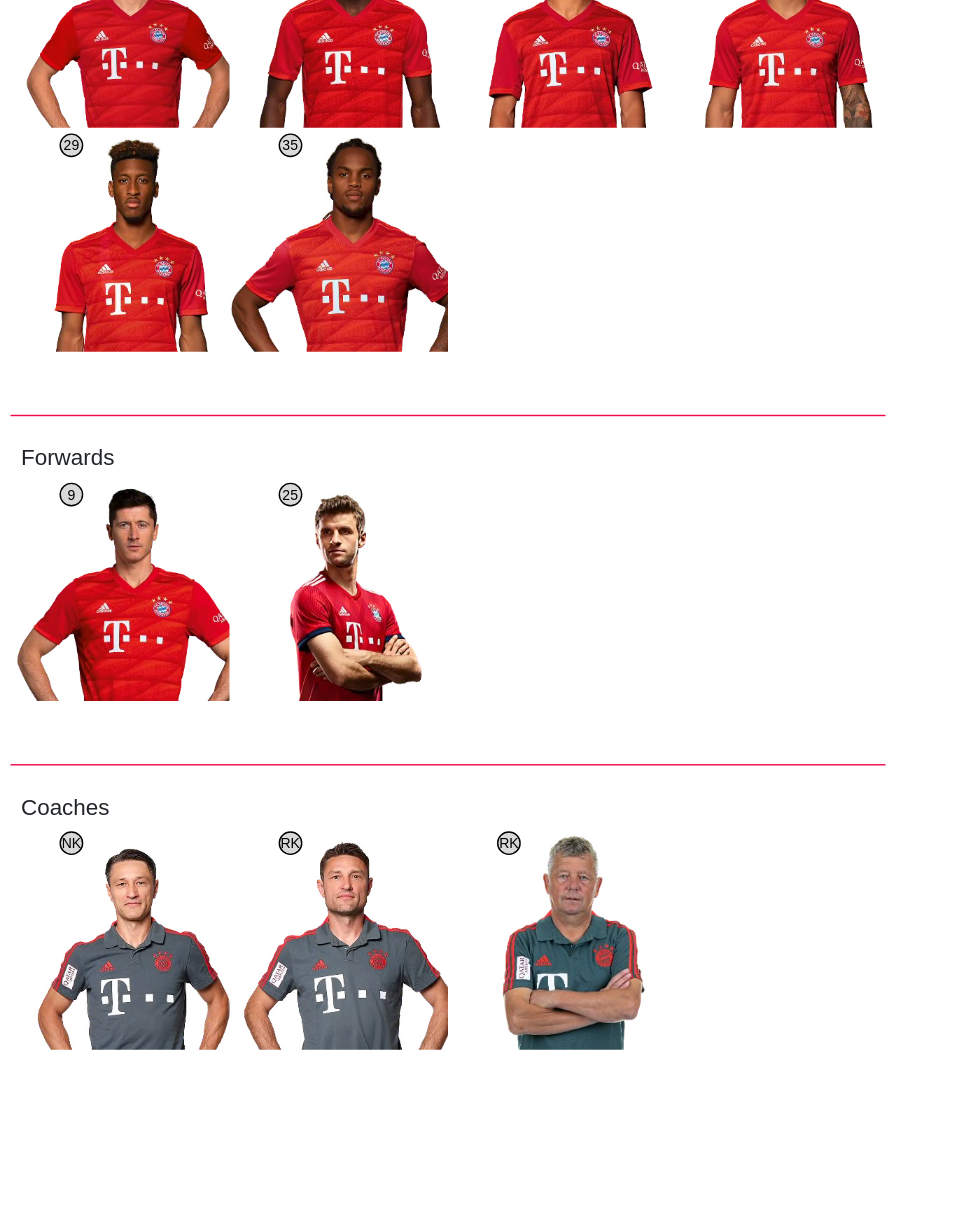
Repository: Code-Institute-Submissions/alnibo-milestone-project-1
Page: team.html
The author's editor kept a record of every edit. The page is drawn from the files as they stood at one moment, then again after the next edit.
The browser window is 1280 px wide. The page is 1366 px wide, so the pictures cover 1366 px, including what lies to the right of the window. The pictures show the part of the page from y = 2701 to 4461 px (the page is 4461 px tall), at 70% of full size.
Some web fonts or font styles are not loaded; a fallback is used.

Above is the page before.

After the next edit:
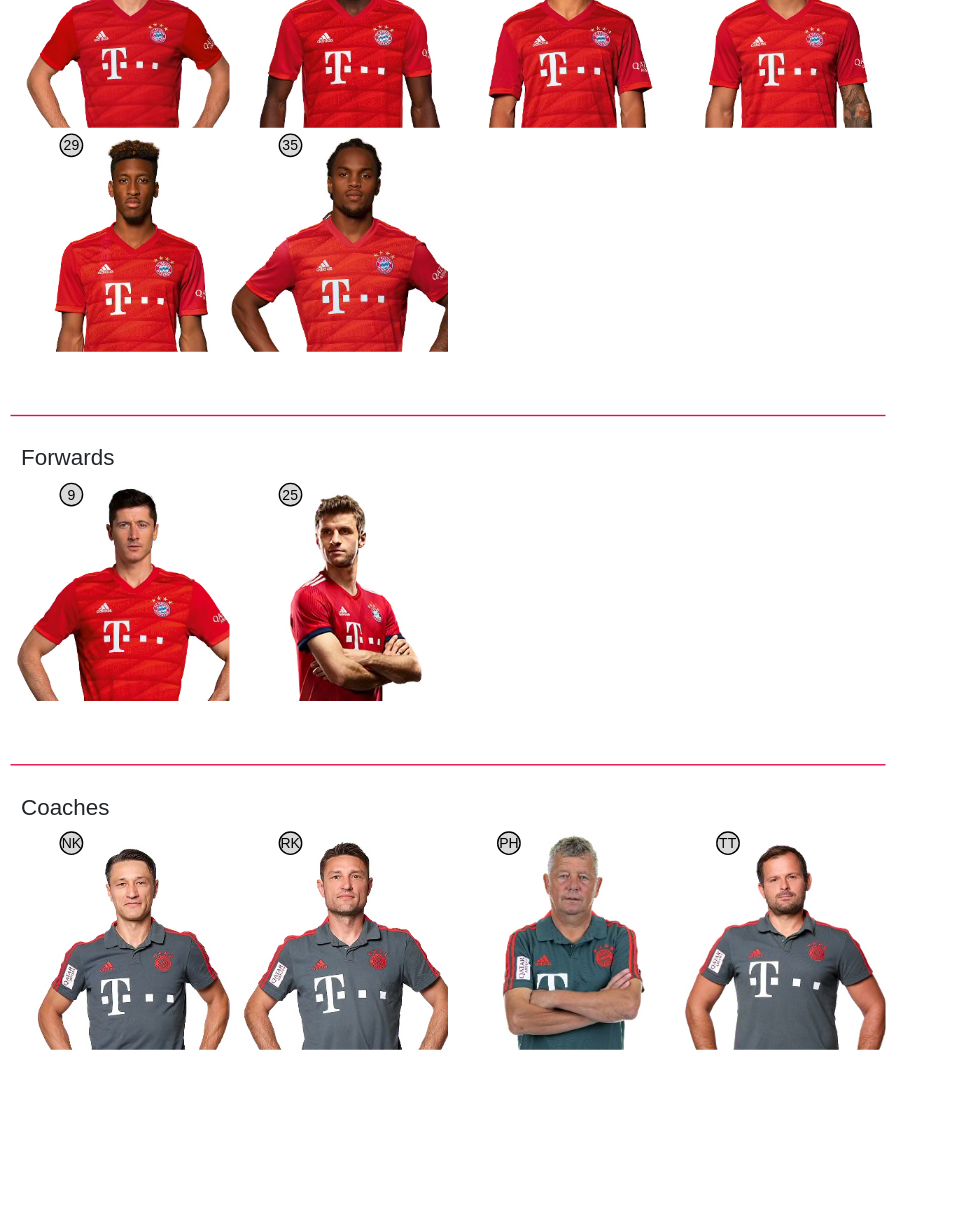
The edit:
--- a/team.html
+++ b/team.html
@@ -274,11 +274,15 @@
                 <img src="assets/images/peterhermann.jpg">
                 <div class="text-centered1">Peter Hermann</div>
                 <div class="text-centered2">Assistant coach</div>
-                <div class="shirt-number">RK</div>
-            </div>
-
-
-
+                <div class="shirt-number">PH</div>
+            </div>
+
+            <div class="col-12 col-sm-6 col-md-4 col-lg-3 player-pic">
+                <img src="assets/images/tonitapalovic.jpg">
+                <div class="text-centered1">Toni Tapalovic</div>
+                <div class="text-centered2">Goalkeeping coach</div>
+                <div class="shirt-number">TT</div>
+            </div>
         </div>
     </div>
     <div class="container-fluid spaceholder">
